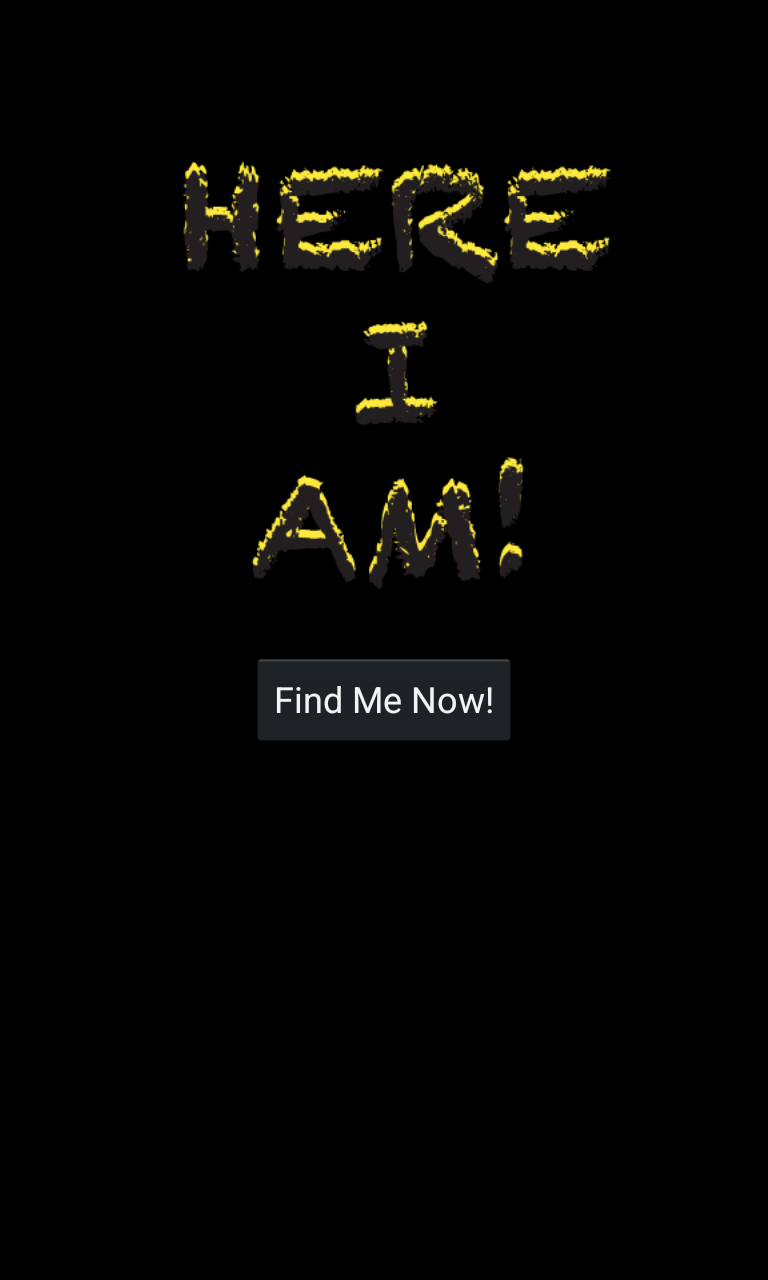
Repository: scottcaruso/mdf3_here_i_am_camera_app
Layout: HereIAm/res/layout/activity_main.xml
These files come from the project's save history. The layout is drawn as it stood at one moment and after the next save; the edit follows.
It is drawn on a 768 x 1280 px phone screen (xhdpi) without system bars, with theme android:Theme.Holo; the app's code is not run.

Above is the layout before, as saved 2013-09-12 02:35:42.

### HereIAm/res/layout/activity_main.xml
<RelativeLayout xmlns:android="http://schemas.android.com/apk/res/android"
    xmlns:tools="http://schemas.android.com/tools"
    android:layout_width="match_parent"
    android:layout_height="match_parent"
    android:paddingBottom="@dimen/activity_vertical_margin"
    android:paddingLeft="@dimen/activity_horizontal_margin"
    android:paddingRight="@dimen/activity_horizontal_margin"
    android:paddingTop="@dimen/activity_vertical_margin"
    tools:context=".MainActivity" >

    <ImageView
        android:id="@+id/logo"
        android:layout_width="wrap_content"
        android:layout_height="wrap_content"
        android:layout_alignParentRight="true"
        android:layout_alignParentTop="true"
        android:layout_marginTop="16dp"
        android:src="@drawable/here_i_am_logo" />

    <Button
        android:id="@+id/findmebutton"
        android:layout_width="wrap_content"
        android:layout_height="wrap_content"
        android:layout_alignBottom="@+id/logo"
        android:layout_centerHorizontal="true"
        android:text="Find Me Now!" />

</RelativeLayout>

### HereIAm/res/values/strings.xml
<?xml version="1.0" encoding="utf-8"?>
<resources>

    <string name="app_name">Here I Am</string>
    <string name="action_settings">Settings</string>
    <string name="hello_world">Hello world!</string>
    <string name="find_me_now_">Find Me Now!</string>

</resources>

Loaded but not shown: HereIAm/res/values/dimens.xml (common file)

After the next save:
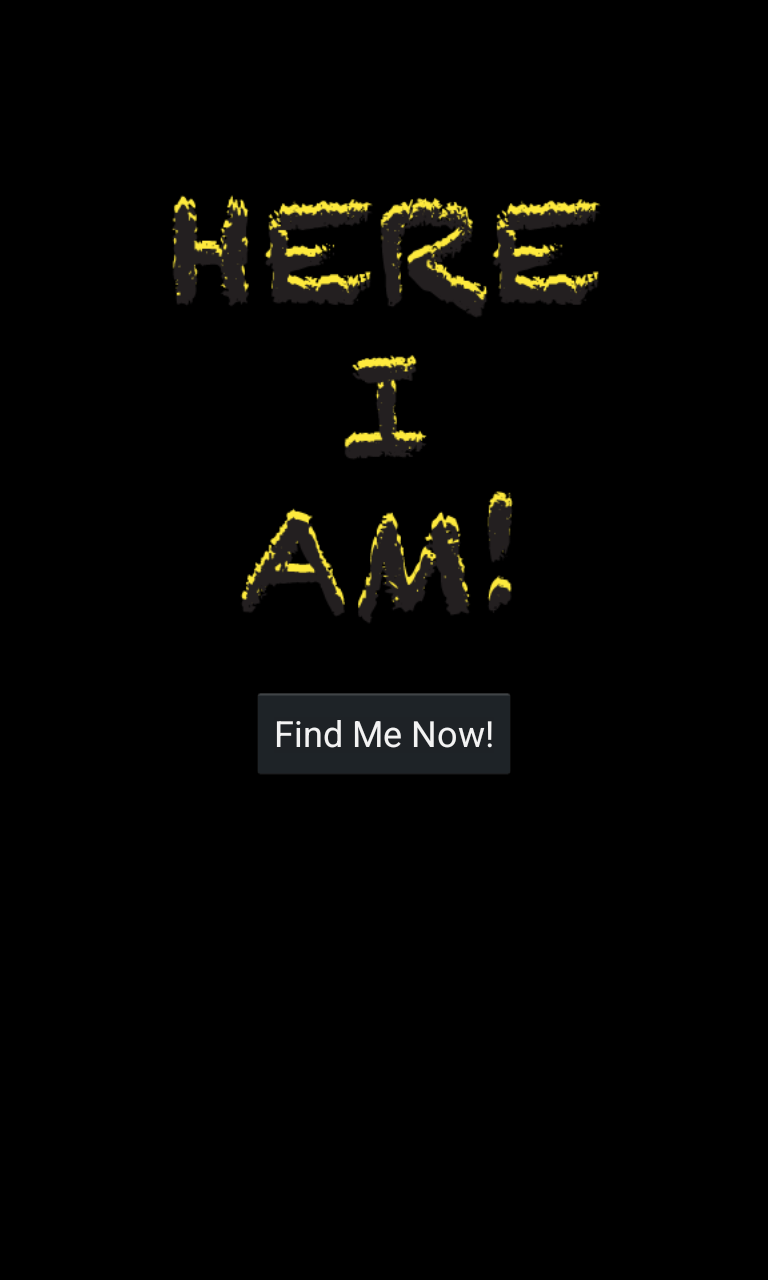
Saved 11 s later.
--- a/HereIAm/res/layout/activity_main.xml
+++ b/HereIAm/res/layout/activity_main.xml
@@ -8,21 +8,21 @@
     android:paddingTop="@dimen/activity_vertical_margin"
     tools:context=".MainActivity" >
 
-    <ImageView
-        android:id="@+id/logo"
-        android:layout_width="wrap_content"
-        android:layout_height="wrap_content"
-        android:layout_alignParentRight="true"
-        android:layout_alignParentTop="true"
-        android:layout_marginTop="16dp"
-        android:src="@drawable/here_i_am_logo" />
-
     <Button
         android:id="@+id/findmebutton"
         android:layout_width="wrap_content"
         android:layout_height="wrap_content"
         android:layout_alignBottom="@+id/logo"
         android:layout_centerHorizontal="true"
-        android:text="Find Me Now!" />
+        android:text="@string/find_me_now_" />
+
+    <ImageView
+        android:id="@+id/logo"
+        android:layout_width="wrap_content"
+        android:layout_height="wrap_content"
+        android:layout_alignParentTop="true"
+        android:layout_centerHorizontal="true"
+        android:layout_marginTop="33dp"
+        android:src="@drawable/here_i_am_logo" />
 
 </RelativeLayout>
